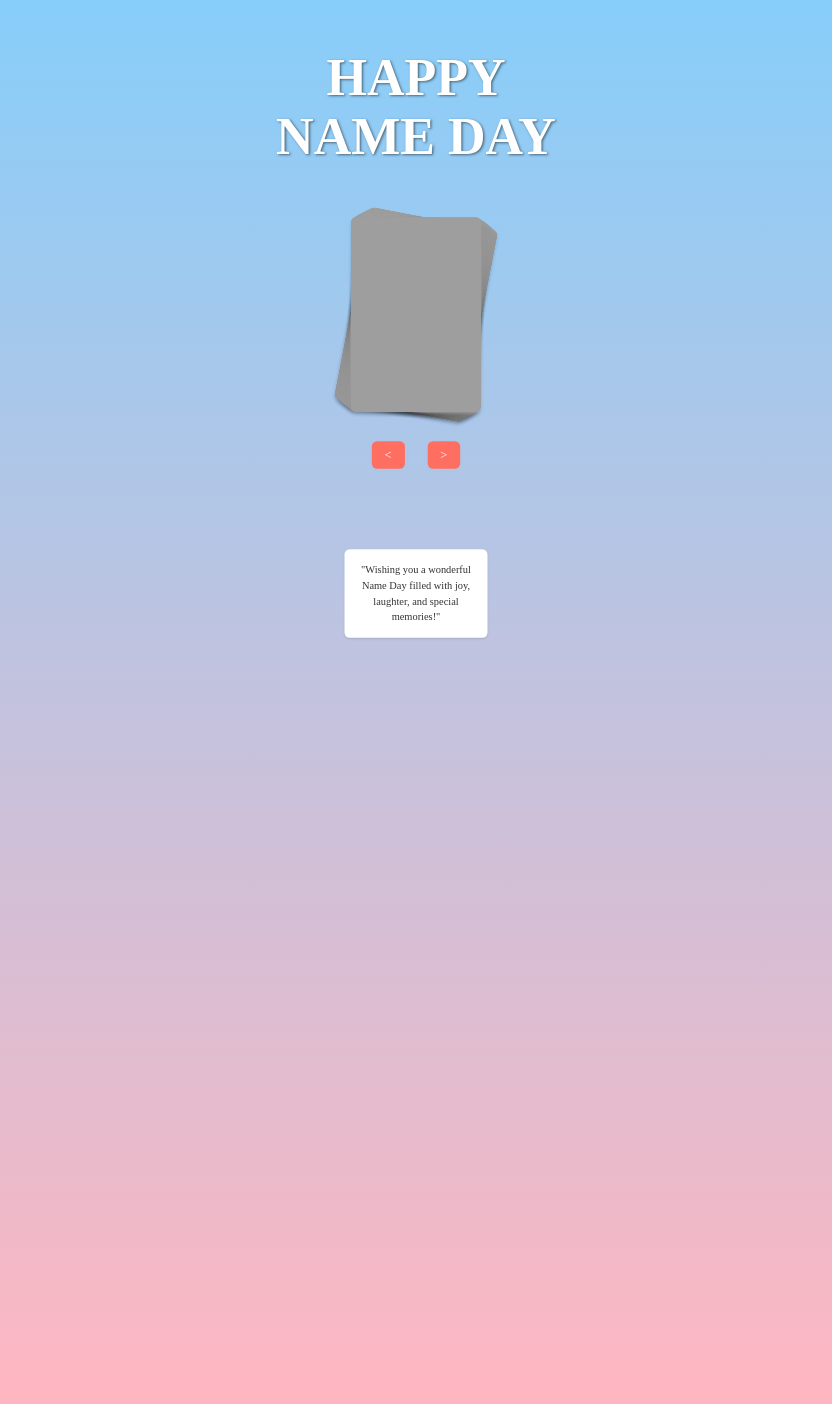
Repository: naps00/BIRTHDAY
Page: /details
These files come from the project's save history. The page is drawn as it stood at one moment and after the next save; the edit follows.
The browser window is 1280 px wide. The pictures show the whole page, at 65% of full size.
Pictures or frames that could not be fetched are drawn as grey boxes. The project was rebuilt for these pictures with package versions that can differ from the ones it lists, and the page was loaded fresh each time.

Above is the page before, as saved 2024-12-12 19:58:31.

After the next save:
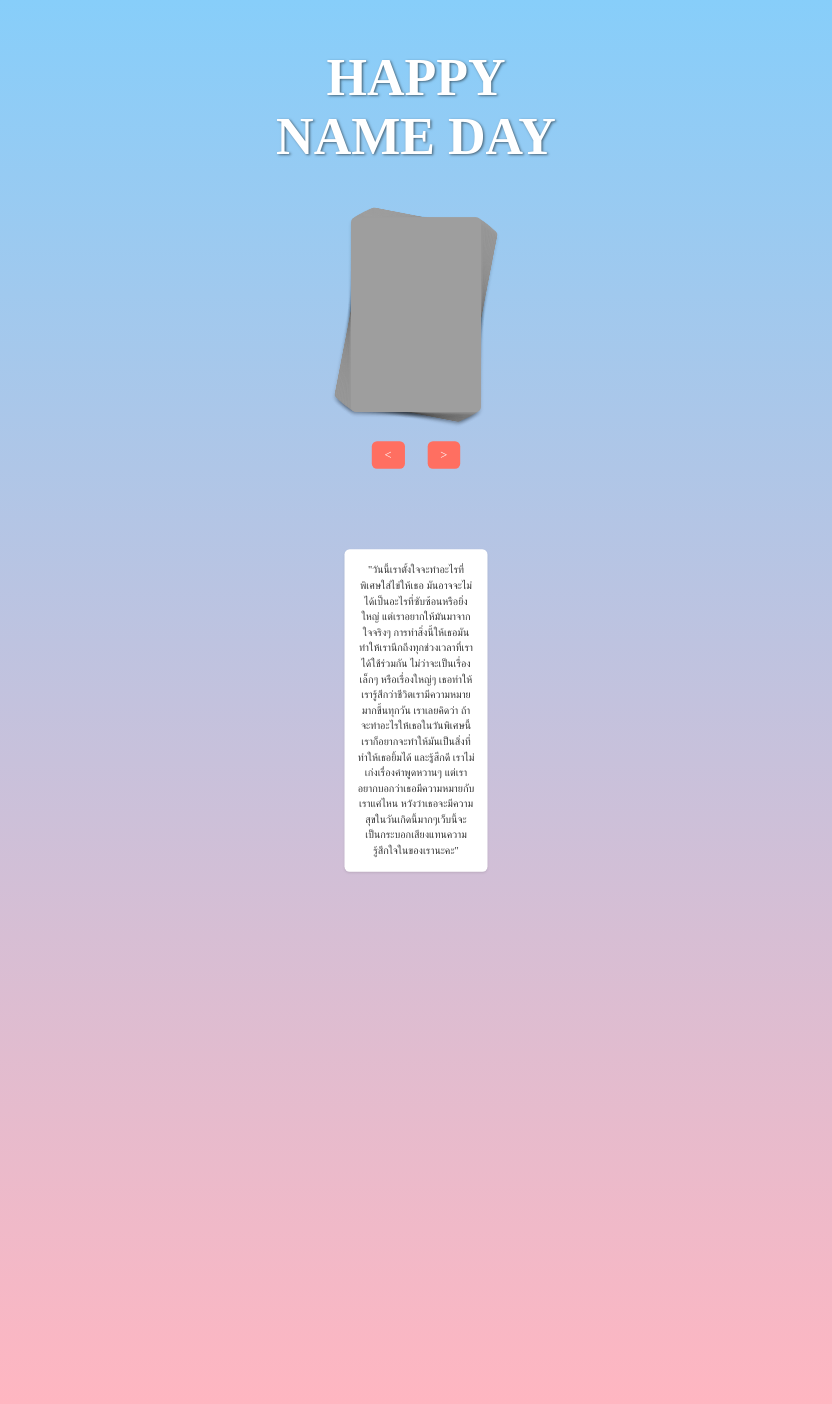
Saved 14 s later.
--- a/src/details.js
+++ b/src/details.js
@@ -93,7 +93,10 @@ function Details() {
           lineHeight: '1.5',
         }}
       >
-        "Wishing you a wonderful Name Day filled with joy, laughter, and special memories!"
+        "วันนี้เราตั้งใจจะทำอะไรที่พิเศษใส่ไข่ให้เธอ มันอาจจะไม่ได้เป็นอะไรที่ซับซ้อนหรือยิ่งใหญ่ แต่เราอยากให้มันมาจากใจจริงๆ
+การทำสิ่งนี้ให้เธอมันทำให้เรานึกถึงทุกช่วงเวลาที่เราได้ใช้ร่วมกัน ไม่ว่าจะเป็นเรื่องเล็กๆ หรือเรื่องใหญ่ๆ เธอทำให้เรารู้สึกว่าชีวิตเรามีความหมายมากขึ้นทุกวัน
+เราเลยคิดว่า ถ้าจะทำอะไรให้เธอในวันพิเศษนี้ เราก็อยากจะทำให้มันเป็นสิ่งที่ทำให้เธอยิ้มได้ และรู้สึกดี เราไม่เก่งเรื่องคำพูดหวานๆ แต่เราอยากบอกว่าเธอมีความหมายกับเราแค่ไหน
+หวังว่าเธอจะมีความสุขในวันเกิดนี้มากๆเว็บนี้จะเป็นกระบอกเสียงแทนความรู้สึกใจในของเรานะคะ"
       </div>
 
 
